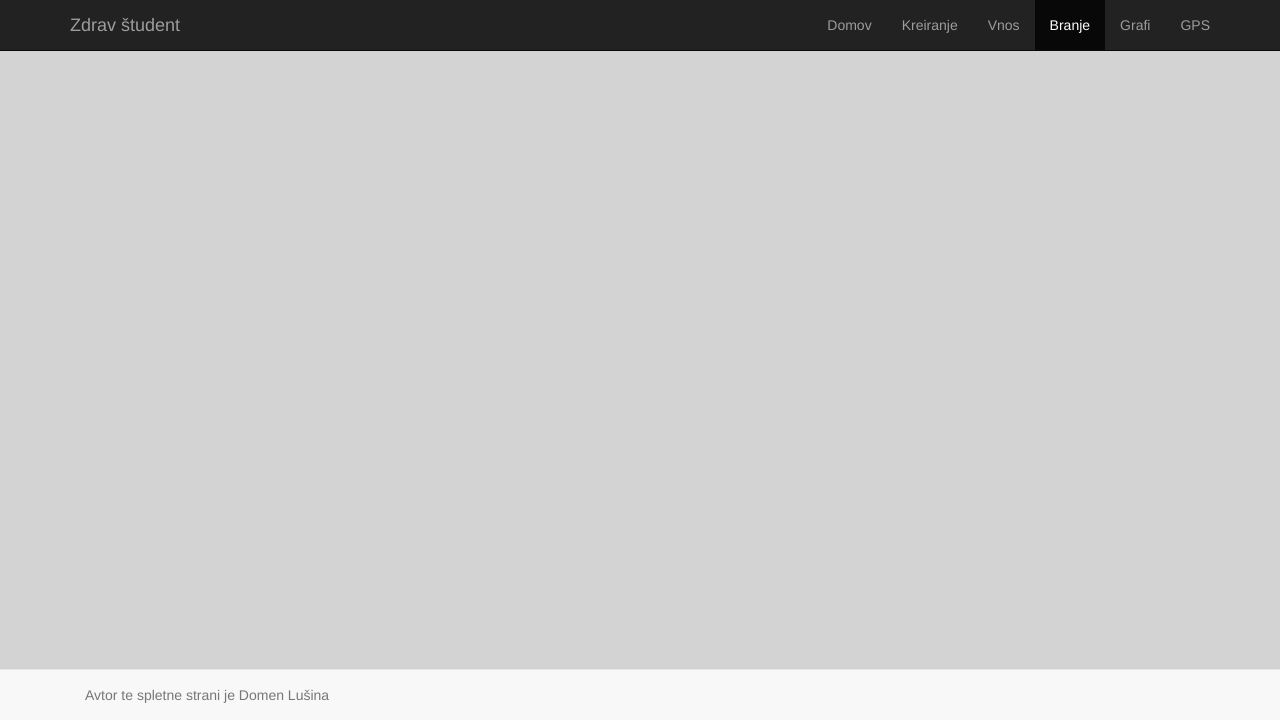
Repository: dl4184/ois-dn4
Page: branje.html
The author's editor kept a record of every edit. The page is drawn from the files as they stood at one moment, then again after the next edit.
The browser window is 1280 px wide. The pictures show the whole page.
Some web libraries are served in a nearby version.

Above is the page before.
Not found: css/styles.css

After the next edit:
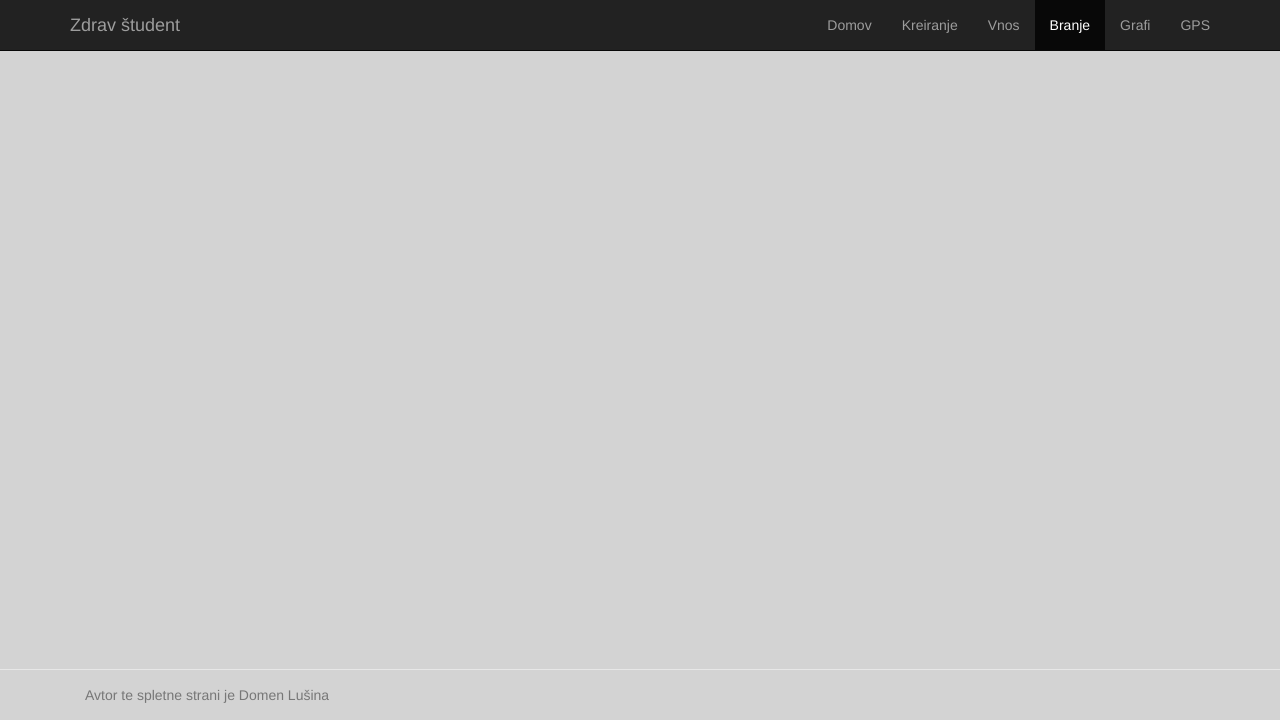
The edit:
--- a/branje.html
+++ b/branje.html
@@ -38,7 +38,7 @@
                             </div>
                     </div>
 
-					 <div class = "navbar navbar-default navbar-fixed-bottom">
+					 <div class = "navbar navbar-default navbar-fixed-bottom" style="background-color:lightgray">
 
                         <div class = "container">
                                 <p class = "navbar-text pull-left">Avtor te spletne strani je Domen Lušina</p>
